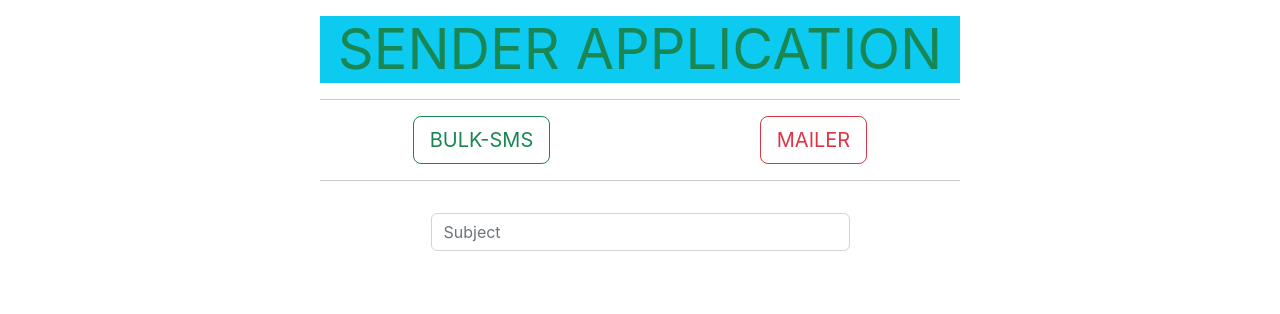
Repository: oluwaseyi9325/react-redux
Page: /
An editor plug-in stored every save of this project. The page is shown before and after a run of saves, followed by the edit.
The browser window is 1280 px wide. The pictures show the whole page.
The project was rebuilt for these pictures with package versions that can differ from the ones it lists, and the page was loaded fresh each time. Also part of the build but not shown: src/Pages/NotFond.tsx.

Above is the page before, as saved 2023-04-18 17:24:39.

### public/index.html
<!DOCTYPE html>
<html lang="en">

<head>
  <meta charset="utf-8" />
  <link rel="icon" href="%PUBLIC_URL%/favicon.ico" />
  <meta name="viewport" content="width=device-width, initial-scale=1" />
  <meta name="theme-color" content="#000000" />
  <meta name="description" content="Web site created using create-react-app" />
  <link rel="apple-touch-icon" href="%PUBLIC_URL%/logo192.png" />
  <link rel="manifest" href="%PUBLIC_URL%/manifest.json" />
  <link href="https://cdn.jsdelivr.net/npm/bootstrap@5.2.3/dist/css/bootstrap.min.css" rel="stylesheet" integrity="sha384-rbsA2VBKQhggwzxH7pPCaAqO46MgnOM80zW1RWuH61DGLwZJEdK2Kadq2F9CUG65" crossorigin="anonymous">
  <script src="https://cdn.jsdelivr.net/npm/bootstrap@5.2.3/dist/js/bootstrap.bundle.min.js" integrity="sha384-kenU1KFdBIe4zVF0s0G1M5b4hcpxyD9F7jL+jjXkk+Q2h455rYXK/7HAuoJl+0I4" crossorigin="anonymous"></script>
  <link rel="stylesheet" href="https://cdn.jsdelivr.net/npm/bootstrap-icons@1.10.3/font/bootstrap-icons.css">
  <title>SMS SENDER</title>
</head>

<body>
  <noscript>You need to enable JavaScript to run this app.</noscript>
  <div id="root"></div>
</body>

</html>

### src/index.tsx
import React from 'react';
import ReactDOM from 'react-dom/client';
import './index.css';
import App from './App';
import reportWebVitals from './reportWebVitals';
import { BrowserRouter } from 'react-router-dom';

const root = ReactDOM.createRoot(
  document.getElementById('root') as HTMLElement
);
root.render(
  <React.StrictMode>
    <BrowserRouter>
    <App />

    </BrowserRouter>
  </React.StrictMode>
);

// If you want to start measuring performance in your app, pass a function
// to log results (for example: reportWebVitals(console.log))
// or send to an analytics endpoint. Learn more: https://bit.ly/CRA-vitals
reportWebVitals();

### src/App.tsx
import React from 'react'
import { Route, Router, Routes } from 'react-router-dom'
import Index from './Pages/Index'
import Mailer from './Pages/Mailer'
import NotFond from './Pages/NotFond'

const App = () => {

  return (
    <>
    <Routes>
      <Route path='/' element={<Index/>} />
      <Route path='/mailer' element={<Mailer/>} />
      <Route path='*' element={<NotFond/>}/>
    </Routes>
    </>
  )
}

export default App

### src/Pages/Index.tsx
import React from 'react'
import Mailer from './Mailer'

const Index = () => {
  return (
   <>
     <Mailer/>
   </>
  )
}

export default Index

### src/Pages/Mailer.tsx
import React from 'react'
import NavBar from '../Components/NavBar'

const Mailer = () => {
  return (
   <>
    <NavBar/>

    <div className='container'>
       <div className='row mt-3'>
       <div className='mx-auto col-5'>
            <div className='p-3'>
                  <div>
                    <div>
                        <input className='form-control' type="text" placeholder='Subject' />
                    </div>
                  </div>
            </div>
       </div>
       </div>
    </div>

   </>
  )
}

export default Mailer

### src/Components/NavBar.tsx
import React from 'react'

const NavBar = () => {
  return (
    <>

      <div className='text-center col-6 mx-auto mt-3'>
        <h4 className='text-success display-4 bg-info'><b>SENDER APPLICATION</b></h4>
        <hr/>
        <div className='gap-4 d-flex justify-content-around'>
            <button className='btn btn-outline-success btn-lg'>BULK-SMS</button>
            <button className='btn btn-outline-danger btn-lg'>MAILER</button>
        </div>
        <hr/>
      </div>

    </>
  )
}

export default NavBar

Loaded but not shown: src/index.css (common file); src/reportWebVitals.ts (common file)

After the next 2 saves:
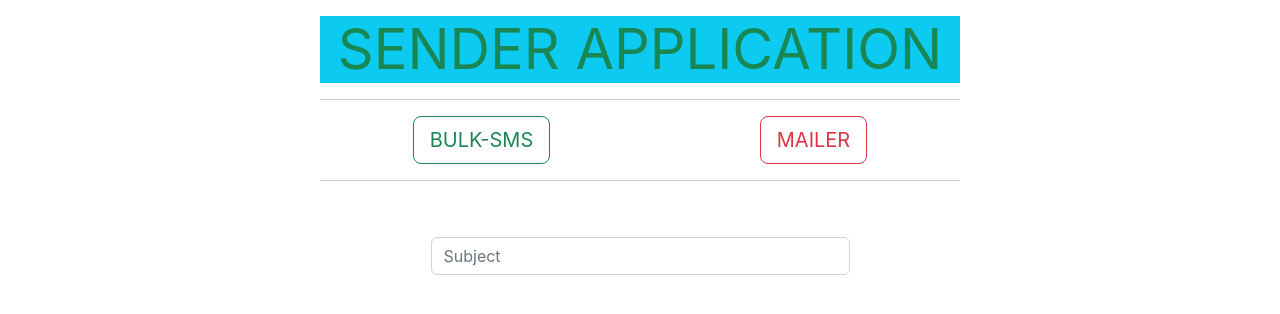
The 2 saves are shown as one change because they came seconds apart.
The last was saved 12 s later.
--- a/src/Pages/Mailer.tsx
+++ b/src/Pages/Mailer.tsx
@@ -12,6 +12,7 @@ const Mailer = () => {
             <div className='p-3'>
                   <div>
                     <div>
+                         <label></label>
                         <input className='form-control' type="text" placeholder='Subject' />
                     </div>
                   </div>
